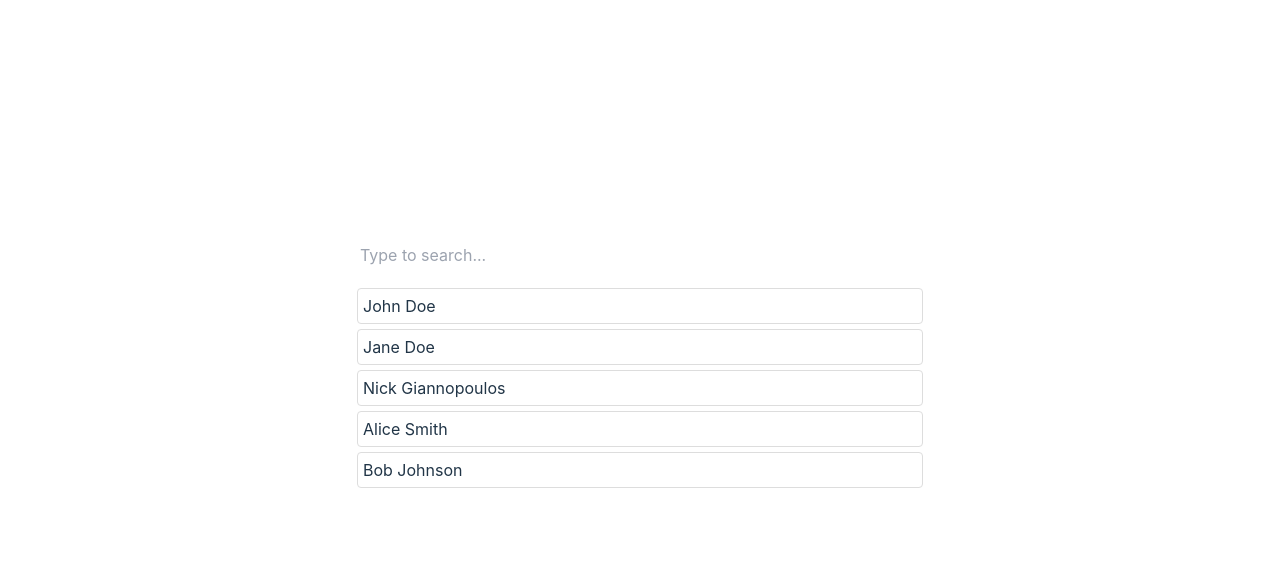
Repository: Ayansaxena24/Chip
Page: /
The author's editor kept a copy of each file at every save. The page is drawn from the files as they stood at one save, then again after the next save.
The browser window is 1280 px wide. The pictures show the whole page.
Some web libraries are served in a nearby version. The project was rebuilt for these pictures with package versions that can differ from the ones it lists, and the page was loaded fresh each time. Also part of the build but not shown: vite.config.ts.

Above is the page before, as saved 2024-01-16 03:25:04.

After the next save:
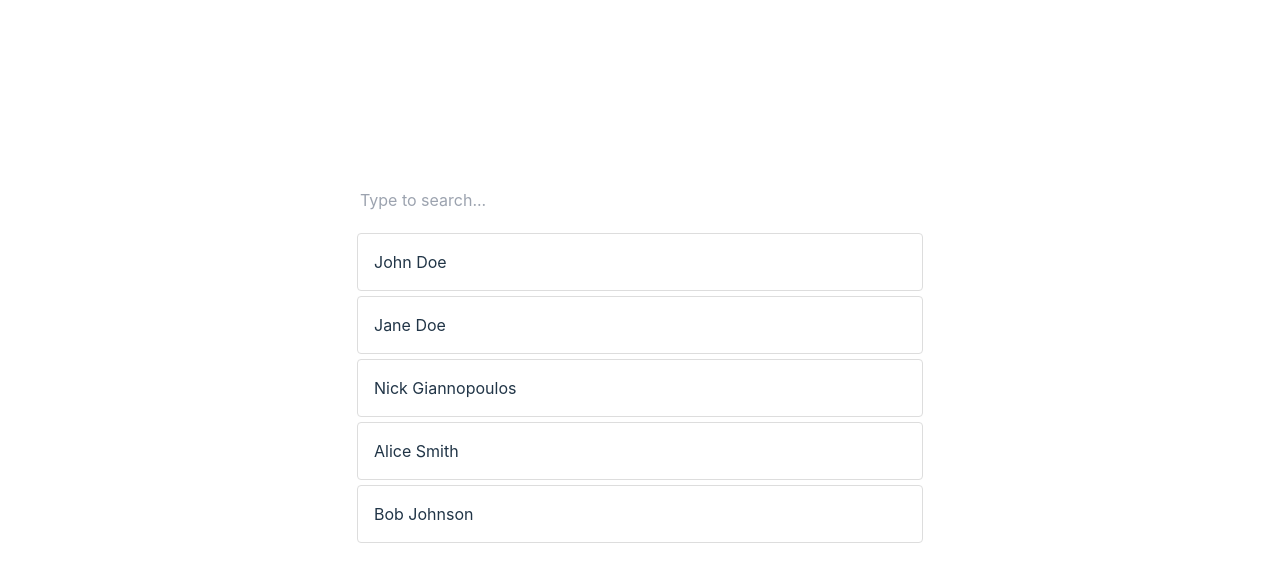
Saved 27 s later.
--- a/src/ChipInput.css
+++ b/src/ChipInput.css
@@ -12,7 +12,7 @@
 
   .item-list li {
     cursor: pointer;
-    padding: 5px;
+    padding: 16px;
     margin: 5px;
     border: 1px solid #ddd;
     border-radius: 4px;

After the save that followed:
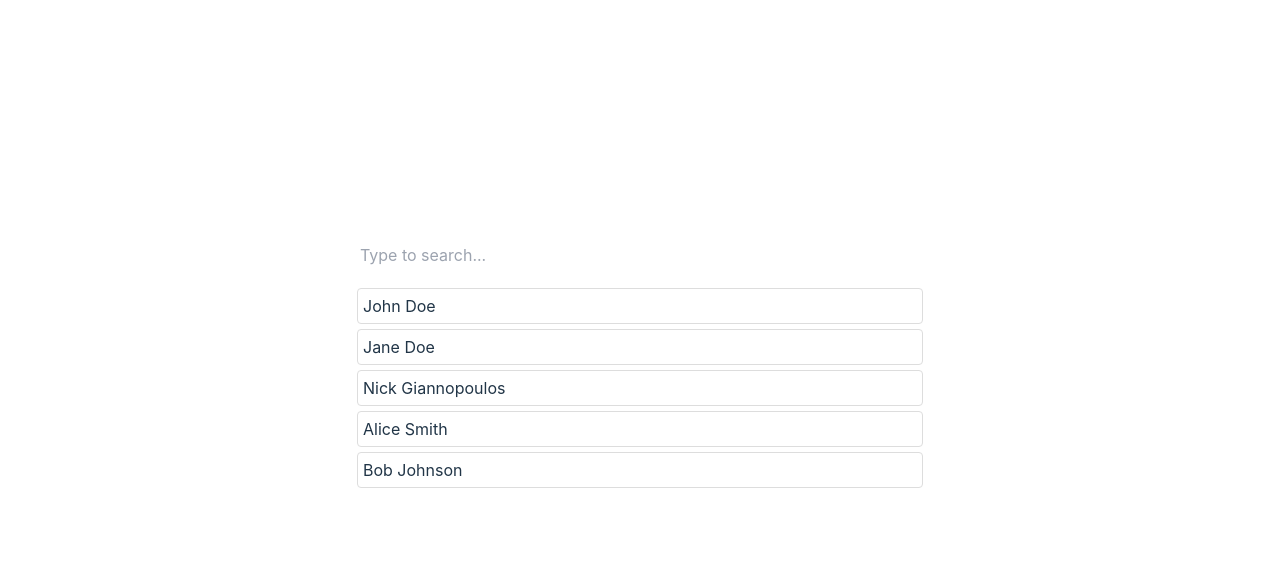
Saved 4 s later.
--- a/src/ChipInput.css
+++ b/src/ChipInput.css
@@ -12,7 +12,7 @@
 
   .item-list li {
     cursor: pointer;
-    padding: 16px;
+    padding: 5px;
     margin: 5px;
     border: 1px solid #ddd;
     border-radius: 4px;
